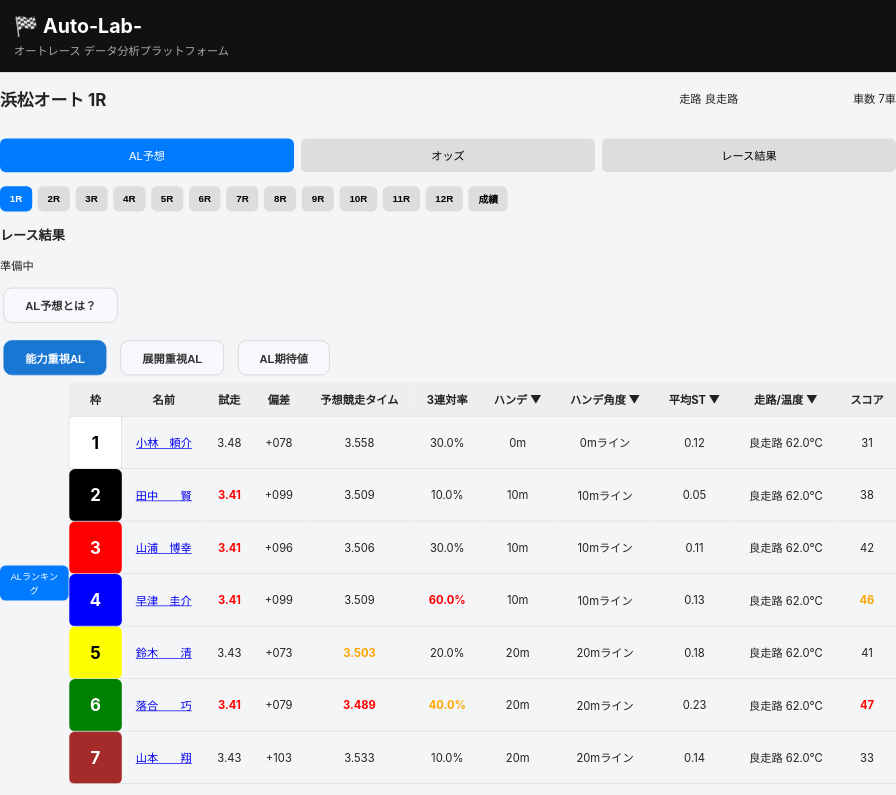
Repository: autorace-lab/Auto-Lab--main
Page: race.html
An editor plug-in stored every save of this project. The page is shown before and after the next save, followed by the edit.
The browser window is 1280 px wide. The pictures show the whole page, at 70% of full size.

Above is the page before, as saved 2026-08-09 22:19:44.

After the next save:
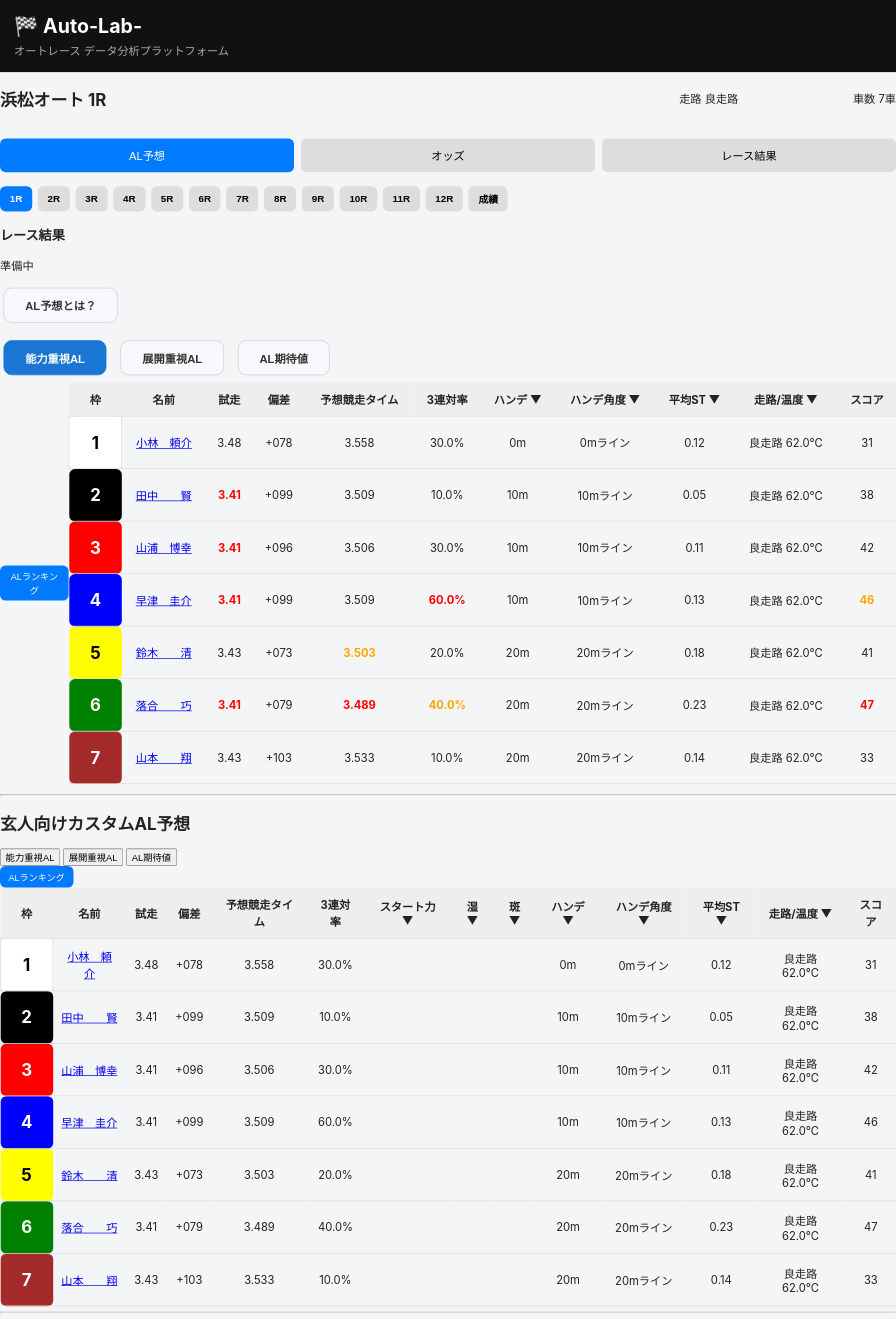
Saved 5 min 53 s later.
--- a/race.html
+++ b/race.html
@@ -327,73 +327,86 @@ onclick="toggleHandicapAngle()">
 </div>
 
 <div id="development" class="al-page" style="display:none;">
-<div class="al-header">
-
-
-   <button class="rank-btn" id="developmentRankBtn" onclick="toggleDevelopmentRank()">
-    ALランキング
-</button>
-
-
-<table>
-<thead>
-<tr>
-<th>枠</th>
-<th>名前</th>
-<th>試走</th>
-<th>偏差</th>
-<th>予想競走タイム</th>
-<th>3連対率</th>
-<th class="handicap-header" onclick="toggleHandicap()">
-    ハンデ ▼
-</th>
-<th class="handicap-angle-header"
-onclick="toggleHandicapAngle()">
-ハンデ角度 ▼
-</th>
-
-<th class="st-header" onclick="toggleST()">
-    平均ST ▼
-</th>
-<th class="temp-header" onclick="toggleTemperature()">
-    走路/温度 ▼
-</th>
-<th>スコア</th>
-</tr>
-</thead>
-
-<tbody id="developmentTable">
-</tbody>
-
-</table>
-
-</div>
-
-<div id="expectationArea" class="al-page" style="display:none;">
-
-<div class="al-header">
-
-<button class="rank-btn" id="expectationRankBtn" onclick="toggleExpectationRank()">
-ALランキング
-</button>
-
-<table>
-
-<thead>
-<tr>
-<th>枠</th>
-<th>名前</th>
-<th>能力スコア</th>
-<th>展開スコア</th>
-<th>AL期待値</th>
-</tr>
-</thead>
-
-<tbody id="expectationTable">
-
-</tbody>
-
-</table>
+
+    <div class="al-header">
+
+        <button class="rank-btn"
+                id="developmentRankBtn"
+                onclick="toggleDevelopmentRank()">
+            ALランキング
+        </button>
+
+        <table>
+            <thead>
+                <tr>
+                    <th>枠</th>
+                    <th>名前</th>
+                    <th>試走</th>
+                    <th>偏差</th>
+                    <th>予想競走タイム</th>
+                    <th>3連対率</th>
+
+                    <th class="handicap-header"
+                        onclick="toggleHandicap()">
+                        ハンデ ▼
+                    </th>
+
+                    <th class="handicap-angle-header"
+                        onclick="toggleHandicapAngle()">
+                        ハンデ角度 ▼
+                    </th>
+
+                    <th class="st-header"
+                        onclick="toggleST()">
+                        平均ST ▼
+                    </th>
+
+                    <th class="temp-header"
+                        onclick="toggleTemperature()">
+                        走路/温度 ▼
+                    </th>
+
+                    <th>スコア</th>
+                </tr>
+            </thead>
+
+            <tbody id="developmentTable">
+            </tbody>
+        </table>
+
+    </div>
+
+</div>
+
+
+<div id="expectationArea"
+     class="al-page"
+     style="display:none;">
+
+    <div class="al-header">
+
+        <button class="rank-btn"
+                id="expectationRankBtn"
+                onclick="toggleExpectationRank()">
+            ALランキング
+        </button>
+
+        <table>
+            <thead>
+                <tr>
+                    <th>枠</th>
+                    <th>名前</th>
+                    <th>能力スコア</th>
+                    <th>展開スコア</th>
+                    <th>AL期待値</th>
+                </tr>
+            </thead>
+
+            <tbody id="expectationTable">
+            </tbody>
+        </table>
+
+    </div>
 
 </div>
 
